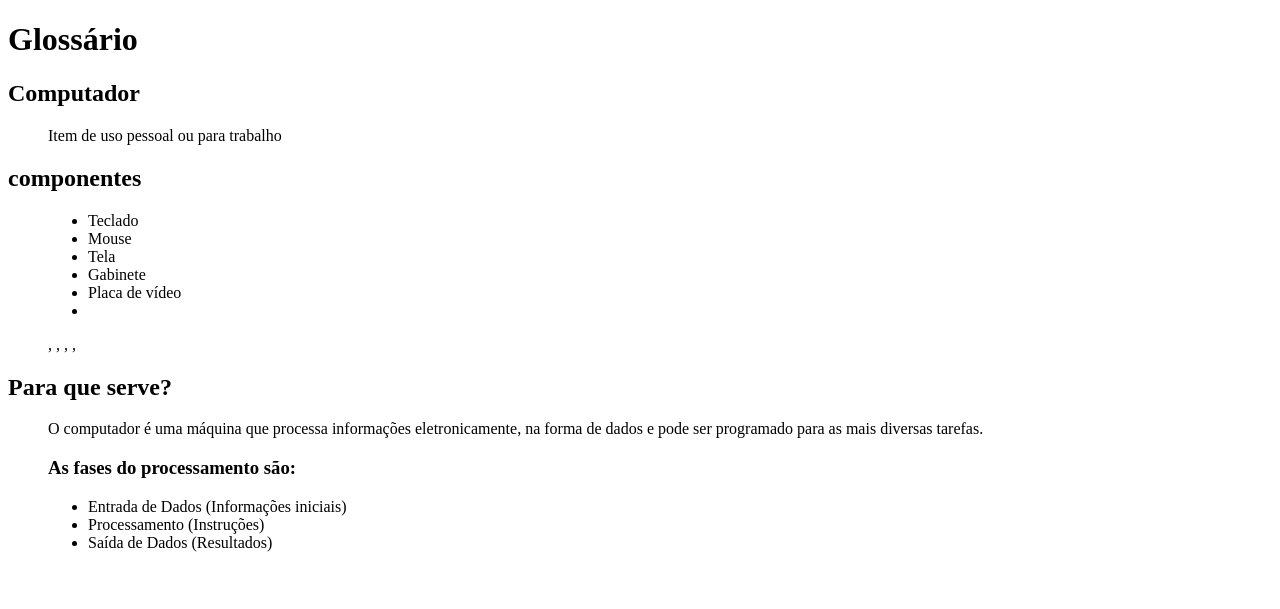
Repository: RenatoCCS/Mais1Code
Page: Rocketseat/Fundamentar/01 - O guia estelar de HTML/Desafios/1_Glossario/glossary.html
The author's editor kept a copy of each file at every save. The page is drawn from the files as they stood at one save, then again after a run of saves.
The browser window is 1280 px wide. The pictures show the whole page.

Above is the page before, as saved 2022-04-18 20:53:44.

### Rocketseat/Fundamentar/01 - O guia estelar de HTML/Desafios/1_Glossario/glossary.html
<!DOCTYPE html>
<html lang="pt-br">
<head>
    <meta charset="UTF-8">
    <meta http-equiv="X-UA-Compatible" content="IE=edge">
    <meta name="viewport" content="width=device-width, initial-scale=1.0">
    <title>Glossário</title>
</head>
<body>

    <h1>Glossário</h1>
<dl>
    <h2><dt>Computador</dt></h2>
    <dd>Item de uso pessoal ou para trabalho</dd>

    <h2><dt>componentes</dt></h2>
    <dd>

       <ul>
<li>Teclado</li>
<li>Mouse</li>
<li>Tela</li>
<li>Gabinete</li>
<li>Placa de vídeo</li>
<li></li>


       </ul> , , , , </dd>

<h2><dt>Para que serve?</dt></h2>
<dd><p>O computador é uma máquina que processa informações eletronicamente, na forma de dados e pode ser programado para as mais diversas tarefas.

    <h3>As fases do processamento são:</h3>
    <ul>
        <li>Entrada de Dados (Informações iniciais)</li>
        <li>Processamento (Instruções)</li>
        <li>Saída de Dados (Resultados)</li>
     </ul>



    </p></dd>


</dl>



</body>
</html>

After the next 3 saves:
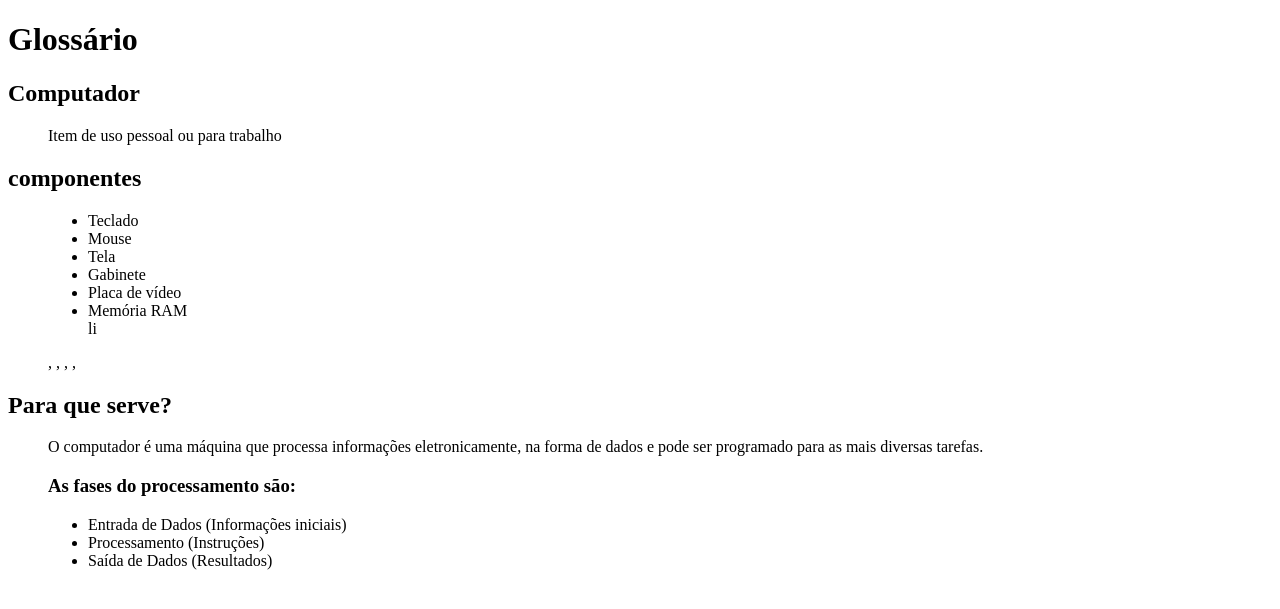
The 3 saves are shown as one change because they came seconds apart.
The last was saved 14 s later.
--- a/Rocketseat/Fundamentar/01 - O guia estelar de HTML/Desafios/1_Glossario/glossary.html
+++ b/Rocketseat/Fundamentar/01 - O guia estelar de HTML/Desafios/1_Glossario/glossary.html
@@ -22,7 +22,8 @@
 <li>Tela</li>
 <li>Gabinete</li>
 <li>Placa de vídeo</li>
-<li></li>
+<li>Memória RAM</li>
+li
 
 
        </ul> , , , , </dd>
